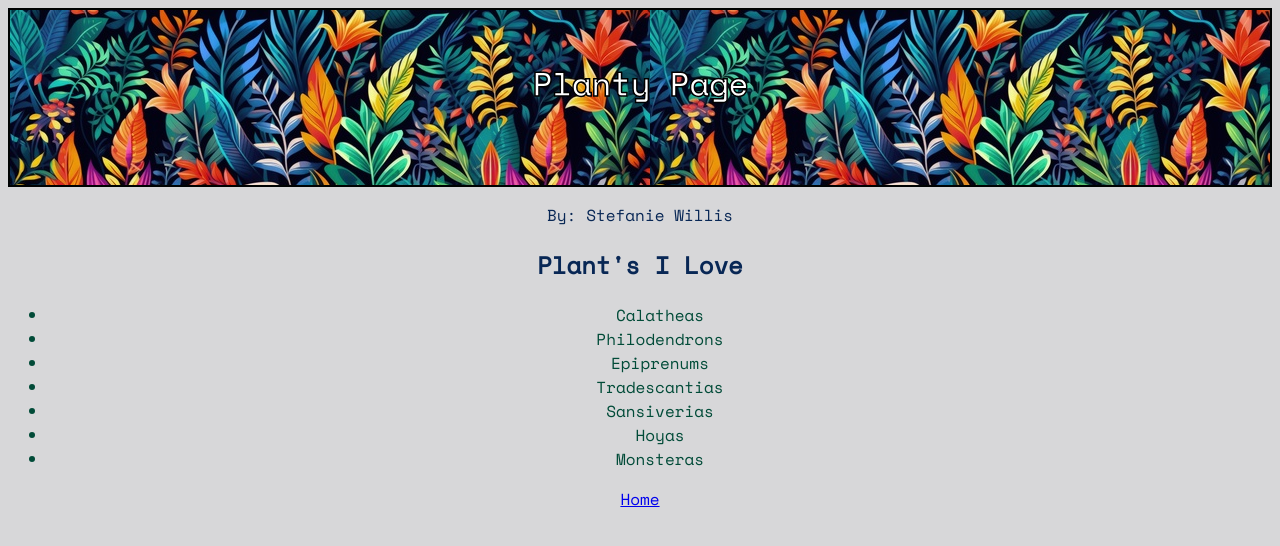
Repository: swillis91/odin-recipies
Page: Planty Page/problems.html
An editor plug-in stored every save of this project. The page is shown before and after the next save, followed by the edit.
The browser window is 1280 px wide. The pictures show the whole page.

Above is the page before, as saved 2023-08-14 23:18:23.

### Planty Page/problems.html
<!DOCTYPE html>
    <html>
        <head>
            <title>Planty Page- Home</title>
            <link href="style.css" rel="stylesheet"
            <link rel="preconnect" href="https://fonts.googleapis.com">
            <link rel="preconnect" href="https://fonts.gstatic.com" crossorigin>
            <link href="https://fonts.googleapis.com/css2?family=Permanent+Marker&family=Space+Mono&display=swap" rel="stylesheet">
        </head>
        <body>
            <h1 class="heading">Planty Page</h1>
                <p>By: Stefanie Willis</p>
            <h2>Plant's I Love</h2>
            <div class="navigation">
                <ul>
                    <li><a href="/calatheas.html" class="navigation">Calatheas</a></li>
                    <li><a href="./philodendrons.html" class="navigation">Philodendrons</a></li>
                    <li>Epiprenums</li>
                    <li>Tradescantias</li>
                    <li>Sansiverias</li>
                    <li>Hoyas</li>
                    <li>Monsteras</li>
                 </ul>
            </div>
            <div class="navigation">
                <a href="./index.html">Home</a>
            </div>
        </body>
    </html>

### Planty Page/style.css
body{
    background-color: rgb(215, 215, 217);
    color:rgb(8, 39, 85);
    text-align: center;
    font-family: 'Permanent Marker', cursive;
    font-family: 'Space Mono', monospace;
}

.heading{
    color: rgb(0, 0, 0);
    -webkit-text-fill-color: rgb(255, 255, 255);
    -webkit-text-stroke-width: 1.5px;
    -webkit-text-stroke-color: rgb(0, 0, 0);
    text-transform: capitalize;
    border: 2px solid rgb(0, 3, 3);
    background-image: url('Images/banner.jpg');
    height: 75px;
    margin: 0 auto;
    padding:50px 20px;

}

div.box{
    border:2px solid black;
    display: flex;
    margin-left: auto;
    flex-direction:column;
    align-content: center;
}

#calathea-makoyana{
    width: 500px;
    Height: auto:
}

.navigation{
    color:rgb(1, 75, 56);
    text-decoration: none;
}

a:hover{
    color: rgb(20, 220, 2);
    background-color: rgb(5, 55, 1);
}

After the next save:
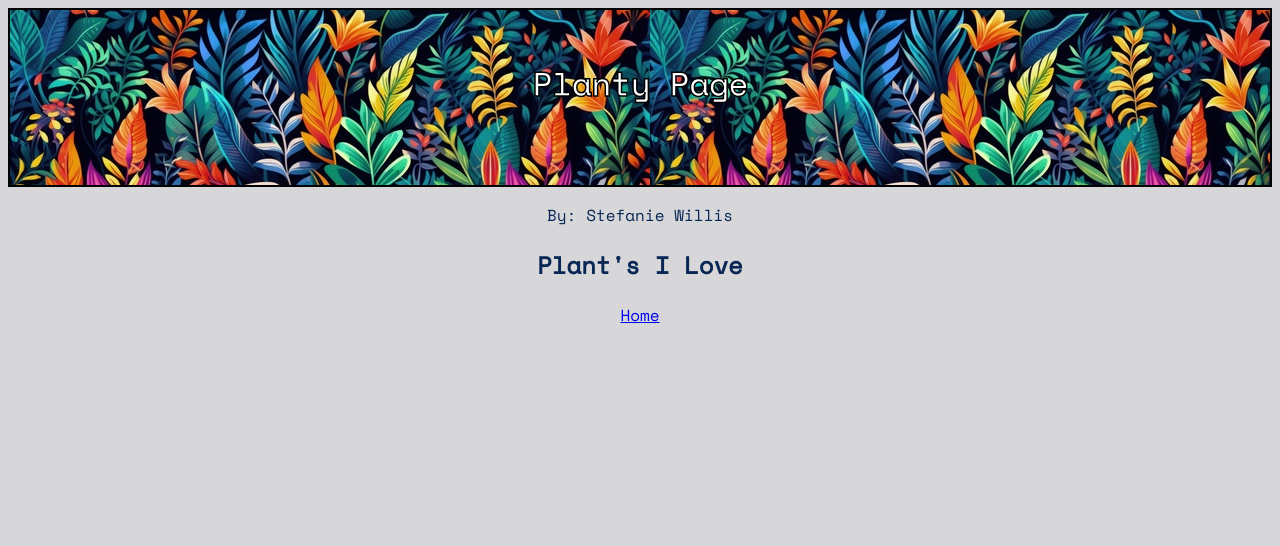
Saved 16 s later.
--- a/Planty Page/problems.html
+++ b/Planty Page/problems.html
@@ -12,17 +12,6 @@
                 <p>By: Stefanie Willis</p>
             <h2>Plant's I Love</h2>
             <div class="navigation">
-                <ul>
-                    <li><a href="/calatheas.html" class="navigation">Calatheas</a></li>
-                    <li><a href="./philodendrons.html" class="navigation">Philodendrons</a></li>
-                    <li>Epiprenums</li>
-                    <li>Tradescantias</li>
-                    <li>Sansiverias</li>
-                    <li>Hoyas</li>
-                    <li>Monsteras</li>
-                 </ul>
-            </div>
-            <div class="navigation">
                 <a href="./index.html">Home</a>
             </div>
         </body>
